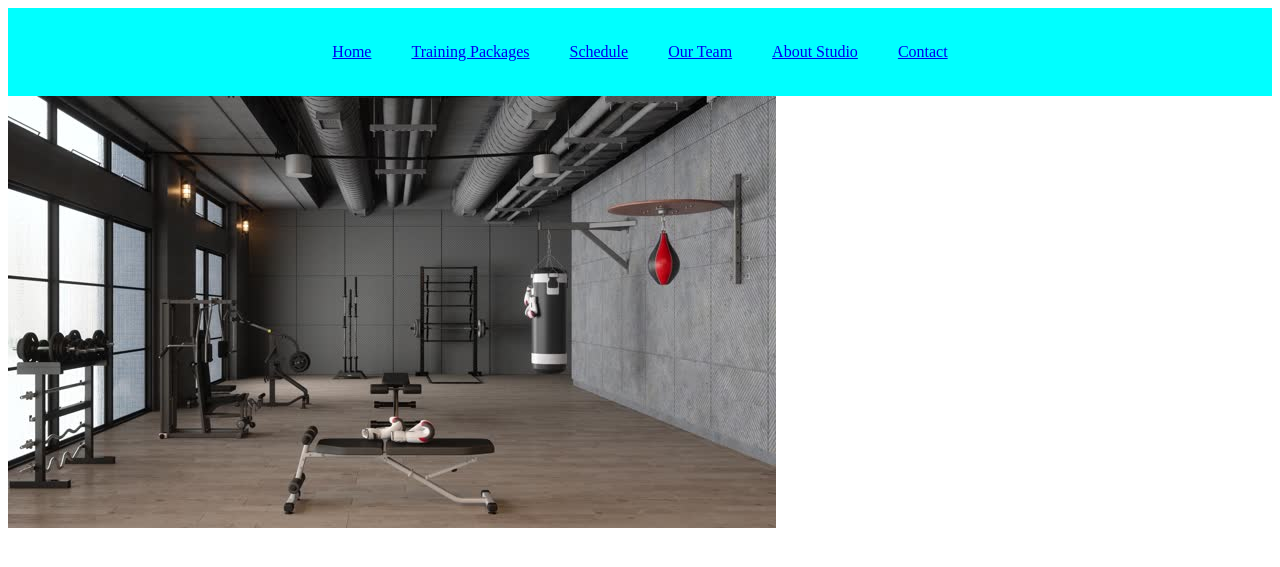
Repository: MujtabaHabib/muscle-memory-website
Page: index.html
The author's editor kept a copy of each file at every save. The page is drawn from the files as they stood at one save, then again after the next save.
The browser window is 1280 px wide. The pictures show the whole page.

Above is the page before, as saved 2026-01-26 03:40:33.

After the next save:
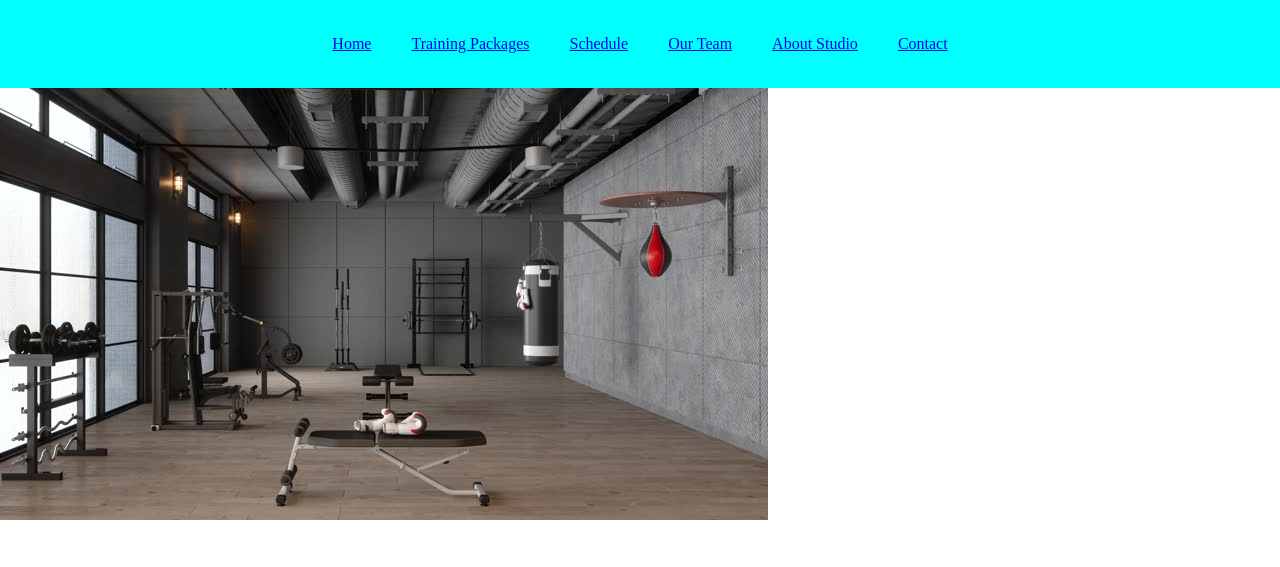
Saved 2 min 44 s later.
--- a/style.css
+++ b/style.css
@@ -1,4 +1,4 @@
-*container{
+*{
     margin: 0;
     padding: 0;
 
